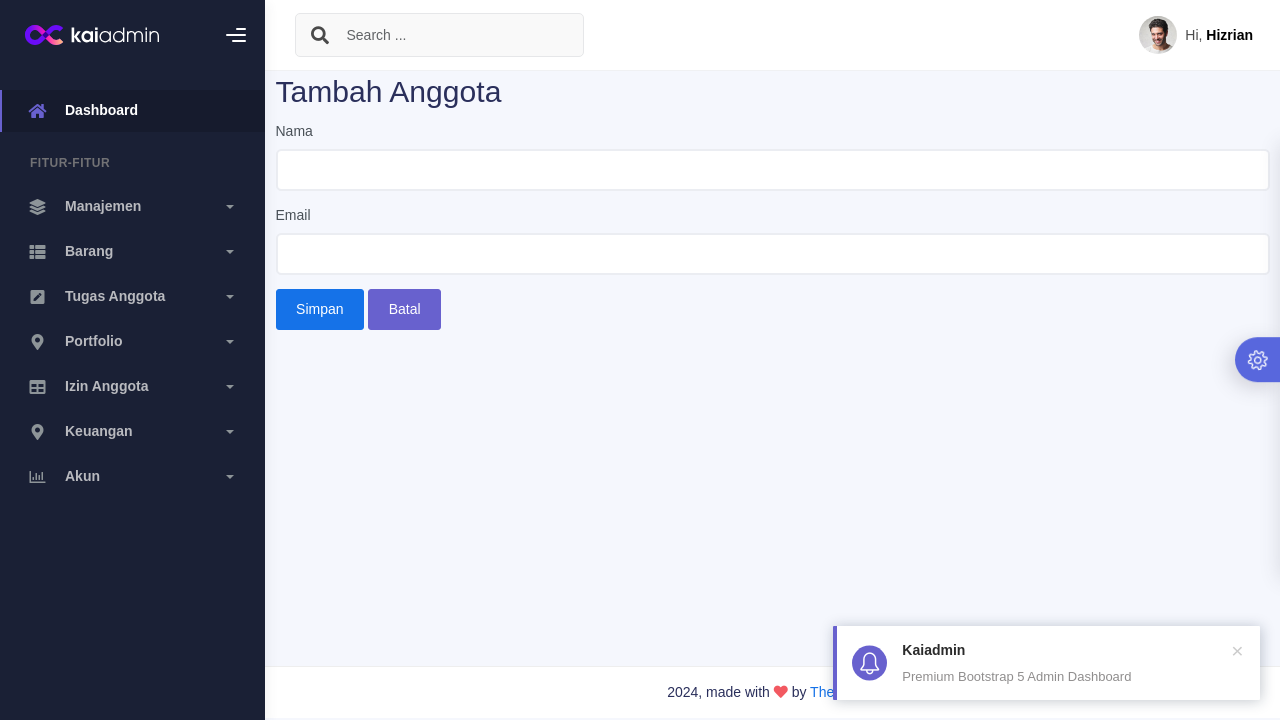
Repository: fatkquladhim/multimedia_laravel
Page: http://localhost/anggota/create
These files come from the project's save history. The page is drawn as it stood at one moment and after the next save; the edit follows.
The browser window is 1280 px wide. The pictures show the whole page.
Some web fonts or font styles are not loaded; a fallback is used. The page is served by the project's Laravel application, run on PHP 8.4 with Laravel 12. A made-up administrator, Test User (test@example.com), is signed in.

Above is the page before, as saved 2025-08-17 08:39:35.
Console error: ReferenceError: jsVectorMap is not defined

After the next save:
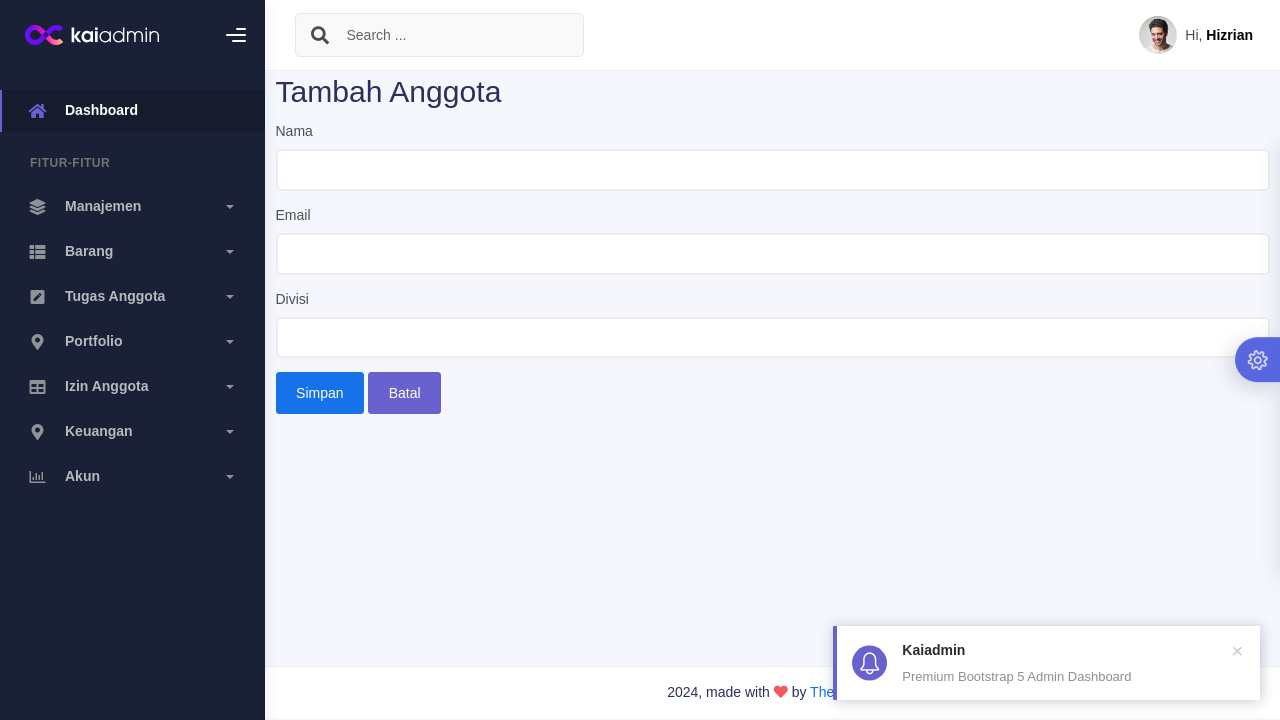
Saved 77 s later.
--- a/resources/views/anggota/create.blade.php
+++ b/resources/views/anggota/create.blade.php
@@ -12,6 +12,10 @@
             <label for="email" class="form-label">Email</label>
             <input type="email" name="email" class="form-control" required>
         </div>
+        <div class="mb-3">
+            <label for="divisi" class="form-label">Divisi</label>
+            <input type="text" name="divisi" class="form-control" required>
+        </div>
         <button type="submit" class="btn btn-primary">Simpan</button>
         <a href="{{ route('anggota.index') }}" class="btn btn-secondary">Batal</a>
     </form>
